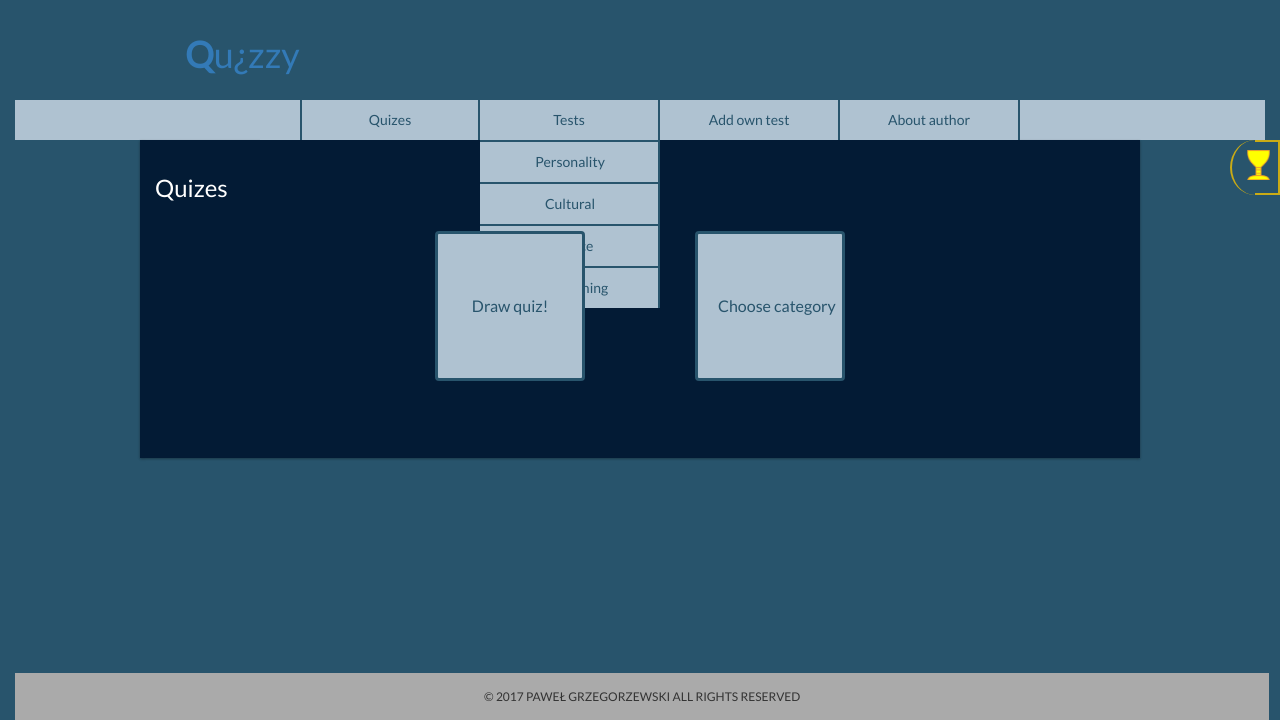
Repository: pgrzegorzewski/quiz
Page: http://localhost/app/quiz.php
An editor plug-in stored every save of this project. The page is shown before and after the next save, followed by the edit.
The browser window is 1280 px wide. The pictures show the whole page.
Some web libraries are served in a nearby version. The page is run by PHP 8.4 with error messages shown; the project is at /var/www/html/.

Above is the page before, as saved 2017-04-22 12:59:45.

### htdocs/app/learningapp/app/quiz.php
<!DOCTYPE html>
<html>
<head>
	<meta name="viewport" content="width=device-width, initial-scale=1.0">
	<meta http-equiv="content-type" content="text/html; charset=utf-8">
	<meta charset="utf-8">
	<link rel="stylesheet" href="https://maxcdn.bootstrapcdn.com/bootstrap/3.3.7/css/bootstrap.min.css">
	<script src="https://ajax.googleapis.com/ajax/libs/jquery/3.1.1/jquery.min.js"></script>
	<script src="https://maxcdn.bootstrapcdn.com/bootstrap/3.3.7/js/bootstrap.min.js"></script>
	<link href="https://fonts.googleapis.com/css?family=Lato" rel="stylesheet">
	<link rel="StyleSheet" href="../css/index.css" />
	<link rel="StyleSheet" href="../css/question.css" />
	<link rel="StyleSheet" href="../css/quiz.css" />
	<link rel="StyleSheet" href="../css/side_menu_leaderboard.css" />
	<script type="text/javascript" src="../js/question.js"></script>
	<script type="text/javascript" src="../js/entertaining_test.js"></script>
	<script type="text/javascript" src="../js/side_menu_leaderboard.js"></script>
</head>

<body>

<div class="container-fluid">

	<div class= "sidemenu_2">

	</div>
	<div class= "sidemenu">
		<p style="cursor:pointer"><img src = "../resources/img/trophy.png" height = "50px" onmouseover="openLeaderboard()"/></p> <!-- &#9776; -->
	</div>
	<div id = 'leaderboard' class = 'leaderboard' onmouseleave = "closeLeaderboard()" >
		<a href = "javascript:void(0)" class = "closebtn" onclick = "closeLeaderboard()">&times;</a>
		test 1000pts;
	</div>


	<header class ="header">
		<h1 id="title"><a href ="index.php"><b>Q</b>u¿zzy</a></h1>
	</header>

	<div class="nav">
		<ol>
			<li>
				<a href ='#' id = "visited">Quizes</a>
			</li>
			<li>
				<a href ='#'>Tests</a>
				<ul>
					<li><a href="#">Personality</a></li>
					<li><a href="#">Cultural</a></li>
					<li><a href="#">Science</a></li>
					<li><a href="entertaining_test.php">Entertaining</a></li>
				</ul>
			</li>
			<li>
				<a href ='add_test.php'>Add own test</a>
			</li>
			<li>
				<a href ='#'>About author</a>
			</li>
		</ol>
	</div>

	<section class = "section">
		<div id ="welcome_div">
			<h3>Quizes</h3>

		</div>
		<div class = "row">
			<div class="col-sm-12" id="tiles">
				<?php

				echo "
					<table id = \"tile\">
						<tr>
							<td>
								<button name = '1' id = 'quizButton' class = 'category btn' >Draw quiz!</button>
							</td>
							<td style = \"width:50px\">

							</td>
							<td>
								<button name = '2' id = 'quizButton' class = 'category btn'>Choose category</button>
							</td>
						</tr>
					</table>
				";
				?>
				<br/><br/>

			</div>
		</div>
		<div class ="row">
			<div class="col-sm-12">
				<h4 id="test_title" hidden = "true">Let's begin with the</h4>
			</div>
		</div>
		<div id = "test_questions">

		</div>
		<div class ='row'>
				<div class='col-sm-12' id = 'result_div'>
					<h4 id= 'result_text' hidden = 'true'></h4>
				</div>
		</div>

	</section>
	<div class="footer">
		© 2017 PAWEŁ GRZEGORZEWSKI ALL RIGHTS RESERVED
	</div>
</div>




</body>
</html>

### htdocs/app/learningapp/css/index.css

.container-fluid
{
	min-height: 100%;
	background-color:#28546C;
	width:100%;
	font-family: 'Lato', sans-serif;
}

img{
	padding:10px;
}

#img2{
	padding:3px;
	padding-bottom:12px;
}

html {
    font-family: "Lucida Sans", sans-serif;
    background-color:#28546C;
}

h1, h2, h3 ,h4{
	color: white;
	text-align:ceter;
}

#title{
	margin-left:30px;
}

body
{
	height:100%;
	padding-bottom:60px;
	background-color:#28546C;
	margin:0px !important;

}
.page {
  margin-left:auto;
  margin-right:auto;
  width:100%;
}

.title {
	text-align:center;
}

.buttons_next_prev{
	text-align:center;
}


.header {
	width:80%;
	margin:0 auto;
    background-color: #28546C;
    color: #ffffff;
    padding: 15px;
	text-decoration: none;

}

.menu_header {
	width:80%;
    background-color: #CCCCCC;
    padding: 10px;
    color: white;
    text-align: center;
    font-size: 14px;
    box-shadow: 0 1px 3px rgba(0,0,0,0.12), 0 1px 2px rgba(0,0,0,0.24);
	width:auto;
}


.section{

	width: 80%;
	margin:0 auto;
	background-color: #031B35;
    padding: 15px;
    color: white;
    text-align: justify;
    font-size: 14px;
    box-shadow: 0 1px 3px rgba(0,0,0,0.12), 0 1px 2px rgba(0,0,0,0.24);
}

td
{
	padding-right:12px;
}


.canvas{

	 width: 500px;
	 height: 300px;
	 color: #FFFFFF;
}

.nav {
	width:100%;
	background-color:#AFC2D1;
	text-align: center;
	vertical-align:center;
}

.footer
{
	width:100%;
	background-color:#AFC2D1;
	text-align: center;
	vertical-align:center;
}

.nav ol
{
	margin:0 auto;
	background-color:#AFC2D1;
	list-style:none;
	line-height: 200%;
	display:inline-block;
	vertical-align:middle;
	height:40px;
}


ol a
{
	color: #28546C;
	text-decoration:none;
	display:block;
	height:40px;
	padding:6px;
	vertical-align: middle;
	text-align: center;
	z-index:200;
}

ol > li
{
	list-style:none;
	width: 180px;
	color: #28546C;
	background-color:#AFC2D1;
	border-right:2px solid #28546C;
	float:left;
	display: table-cell;

}

ol > li:hover
{
	background-color:#031B35;

}

ol > li a:hover
{
	color:white;
	border: 1px solid white;
}

ol > li:hover > a
{
	color:white;
	border: 1px solid white;
}


ol > li:first-child
{
	border-left:2px solid #28546C;
}

ol > li > ul
{
	hidden:true;
	position: relative;
	z-index: auto;
	list-style-type: none;
	padding:0;
	margin:0 auto;
}

ol > li > ul > li
{
	border-top: 2px solid #28546C;
	background-color: #AFC2D1;

}

ol > li > ul > li > a
{
	width: 180px;
}

ol > li > ul > li:hover
{
	background-color:#031B35;
}

ol > li > ul > li > a:hover
{
	color:white;
	border: 1px solid white;
}

.menu a:link, a:visited {
    color: white;
    background-color: #CCCCCC;
	padding: 3px;
	width: width:1200px;;
    text-decoration: none;
    display: inline-block;
}


.menu a:hover, a:active {
    color: white;
	background-color: #999999;
}

.menu a:hover, a:active {
    color: white;
	background-color: #999999;
}

.section a:link, a:visited {
    color: #000000;
    background-color: #CCCCCC;
	padding: 3px;
	width: 50px;
    text-decoration: none;
}


.section a:hover, a:active {
    background-color: #999999;
	color: white;
}

.footer {
    background-color: #AAAAAA;
    font-size: 12px;
    padding: 15px;
    bottom: 0;
    position : fixed;
    width:98%

}

.submenu{
	display:none;
}



@media only screen and (min-width: 768px) and (max-width: 922px) {
    .col-m-1 {width: 8.33%;}
    .col-m-2 {width: 16.66%;}
    .col-m-3 {width: 25%;}
    .col-m-4 {width: 33.33%;}
    .col-m-5 {width: 41.66%;}
    .col-m-6 {width: 50%;}
    .col-m-7 {width: 58.33%;}
    .col-m-8 {width: 66.66%;}
    .col-m-9 {width: 75%;}
    .col-m-10 {width: 83.33%;}
    .col-m-11 {width: 91.66%;}
    .col-m-12 {width: 100%;}
}

@media only screen and (min-width: 922px) and (max-width: 1200px) {
    .col-1 {width: 8.33%;}
    .col-2 {width: 16.66%;}
    .col-3 {width: 25%;}
    .col-4 {width: 33.33%;}
    .col-5 {width: 41.66%;}
    .col-6 {width: 50%;}
    .col-7 {width: 58.33%;}
    .col-8 {width: 66.66%;}
    .col-9 {width: 75%;}
    .col-10 {width: 83.33%;}
    .col-11 {width: 91.66%;}
    .col-12 {width: 100%;}
}

@media only screen and (min-width: 1200px){
    .col-1 {width: 8.33%;}
    .col-2 {width: 16.66%;}
    .col-3 {width: 25%;}
    .col-4 {width: 33.33%;}
    .col-5 {width: 41.66%;}
    .col-6 {width: 50%;}
    .col-7 {width: 58.33%;}
    .col-8 {width: 66.66%;}
    .col-9 {width: 75%;}
    .col-10 {width: 83.33%;}
    .col-11 {width: 91.66%;}
    .col-12 {width: 100%;}
}

### htdocs/app/learningapp/css/question.css
#question
{
	text-align: center;

}


#question button{
	min-width: 50px;
	text-align: center;
}

#question th{
	min-width: 50px;
	text-align: center;
}

td, th > #question{
	min-width: 90px;
	padding:10px;
	text-align: center;
}

### htdocs/app/learningapp/css/quiz.css
#quizButton
{
	padding:20px;
}


#tiles
{
	padding:10px;
	z-index:50;
	position:relative;
}

#tile
{
	text-align:center;
	margin-left:auto;
	margin-right:auto;

}

button .clicked
{
	background-color:#6ac65b;
}

#tile  tr  td
{
	width: 150px;
	height: 150px;
}

#tile  tr  td > button
{
	background-color:#AFC2D1;
	color:#28546C;
	width: 150px;
	height: 150px;
	border: 3px solid #28546C;
	font-size:16px;
	z-index:50;
}

#tile  tr  td >button:hover
{
	background-color:#CAAB15;
	color:white;
	width: 150px;
	height: 150px;
	border: 3px solid #28546C;
}

### htdocs/app/learningapp/css/side_menu_leaderboard.css
.leaderboard
{
	height:40%;
	width:0;
	position: fixed;
	z-index: 250;
	top: 140px;
	right: 0;
	border:0px solid #CAAB15;
	background-color:#AFC2D1;
	overflow-x: hidden;
	transition: 0.5s;
	padding-top: 60px;
	hidden:true;
	text-align:center;
}

.leaderboard .closebtn{
	position: absolute;
	top: 0;
	right:5px;
	font-size: 25px;
	margin-right: 0px;
}

.sidemenu
{
	height:55px;
	width:50px;
	border-radius:100%;
	border-left:2px solid #CAAB15;
	position: fixed;
	z-index: 200;
	top: 140px;
	right: 0;
	font-size:20px;
	text-align:center;
}

.sidemenu_2
{
	height:55px;
	width:25px;
	position: fixed;
	z-index: 150;
	top: 140px;
	right: 0;
	border-bottom:2px solid #CAAB15;
	border-top:2px solid #CAAB15;
	border-right:2px solid #CAAB15;
}

### htdocs/app/learningapp/js/question.js

function checkAnswear(button)
{
	if($(button).attr("id") == '1')
		alert("You won");
	else
		alert("nope");
}

### htdocs/app/learningapp/js/side_menu_leaderboard.js
function openLeaderboard()
{
	document.getElementById("leaderboard").style.width = "250px";
	document.getElementById("leaderboard").style.border = "2px solid #CAAB15";

}

function closeLeaderboard()
{
	document.getElementById("leaderboard").style.width = "0px";
	document.getElementById("leaderboard").style.border = "0px solid #CAAB15";
}

Loaded but not shown: htdocs/app/learningapp/js/entertaining_test.js (no copy from this time; the picture is the same without it)

After the next save:
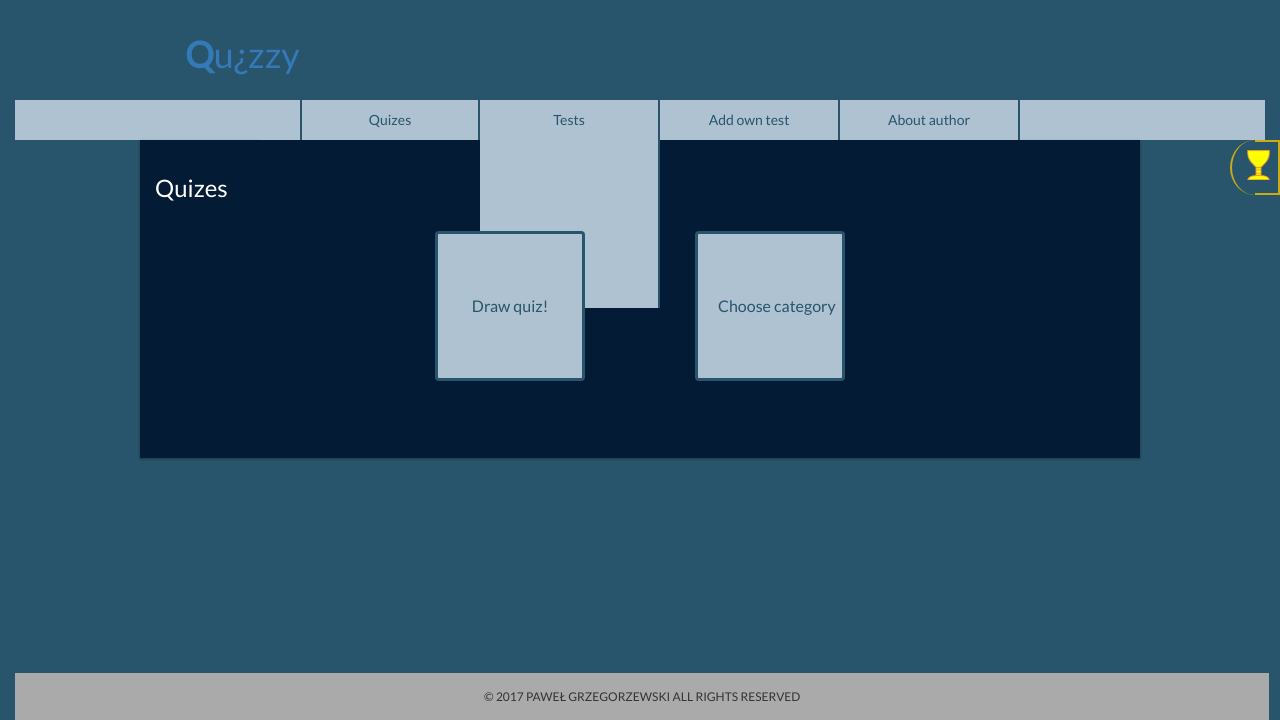
Saved 47 s later.
--- a/htdocs/app/learningapp/css/index.css
+++ b/htdocs/app/learningapp/css/index.css
@@ -177,7 +177,7 @@
 
 ol > li > ul
 {
-	hidden:true;
+	visibility: hidden;
 	position: relative;
 	z-index: auto;
 	list-style-type: none;

After the save that followed:
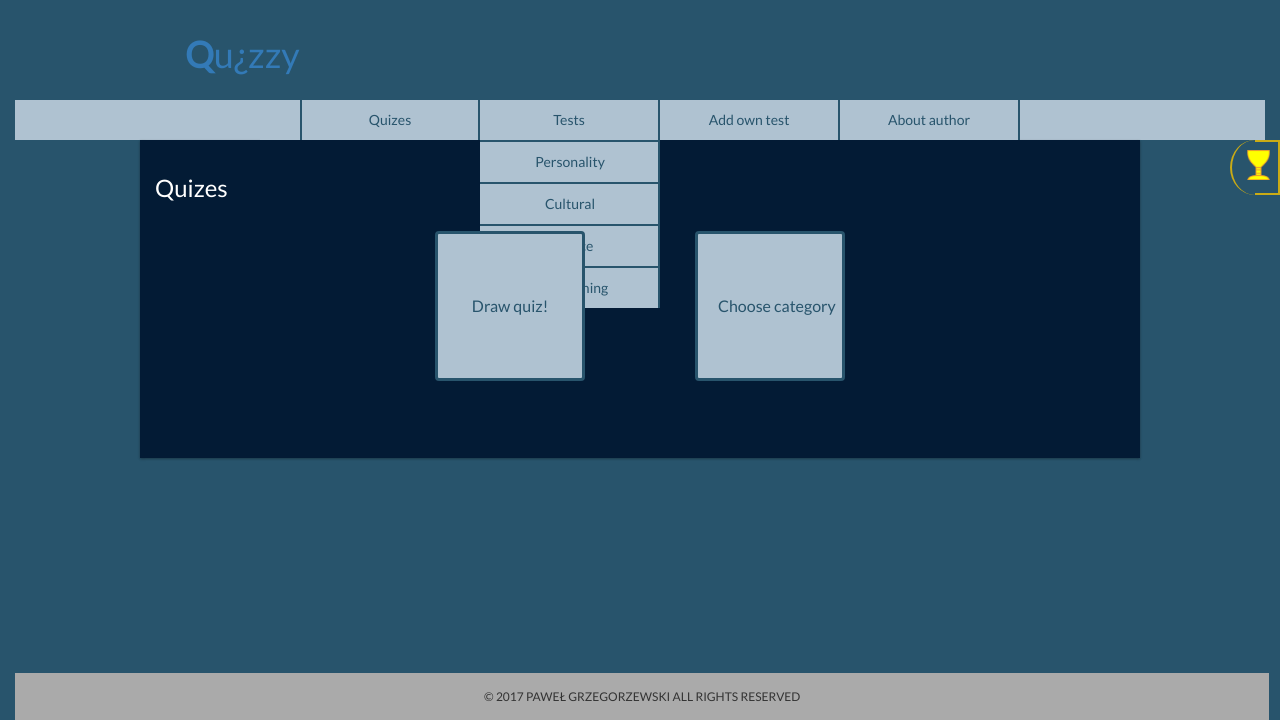
Saved 27 s later.
--- a/htdocs/app/learningapp/css/index.css
+++ b/htdocs/app/learningapp/css/index.css
@@ -177,7 +177,7 @@
 
 ol > li > ul
 {
-	visibility: hidden;
+
 	position: relative;
 	z-index: auto;
 	list-style-type: none;
